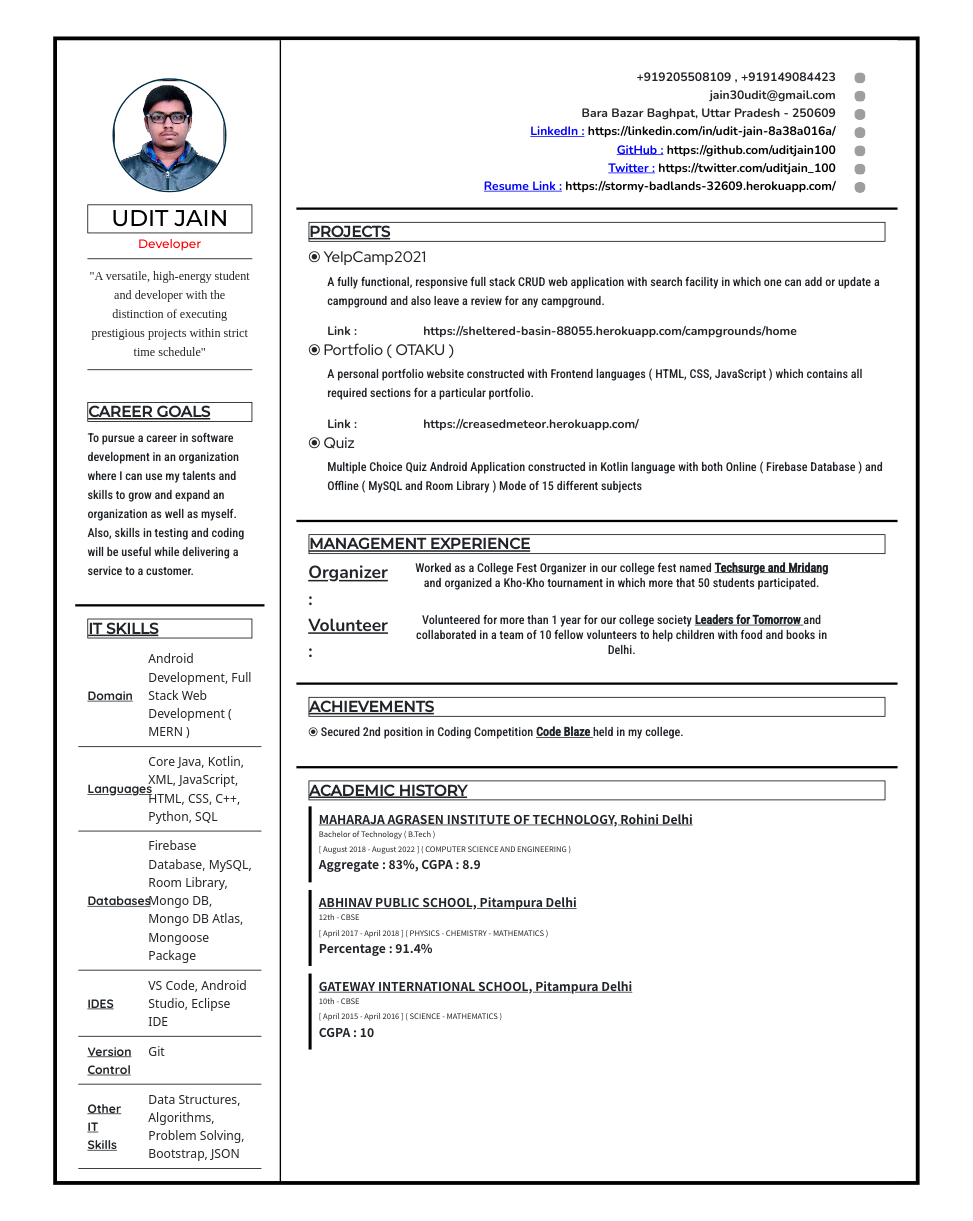
Repository: uditjain100/Resume
Page: app.html
These files come from the project's save history. The page is drawn as it stood at one moment and after the next save; the edit follows.
The browser window is 1280 px wide. The pictures show the whole page, at 76% of full size.
Pictures or frames that could not be fetched are drawn as grey boxes. Some web fonts or font styles are not loaded; a fallback is used.

Above is the page before, as saved 2021-05-27 21:20:21.

After the next save:
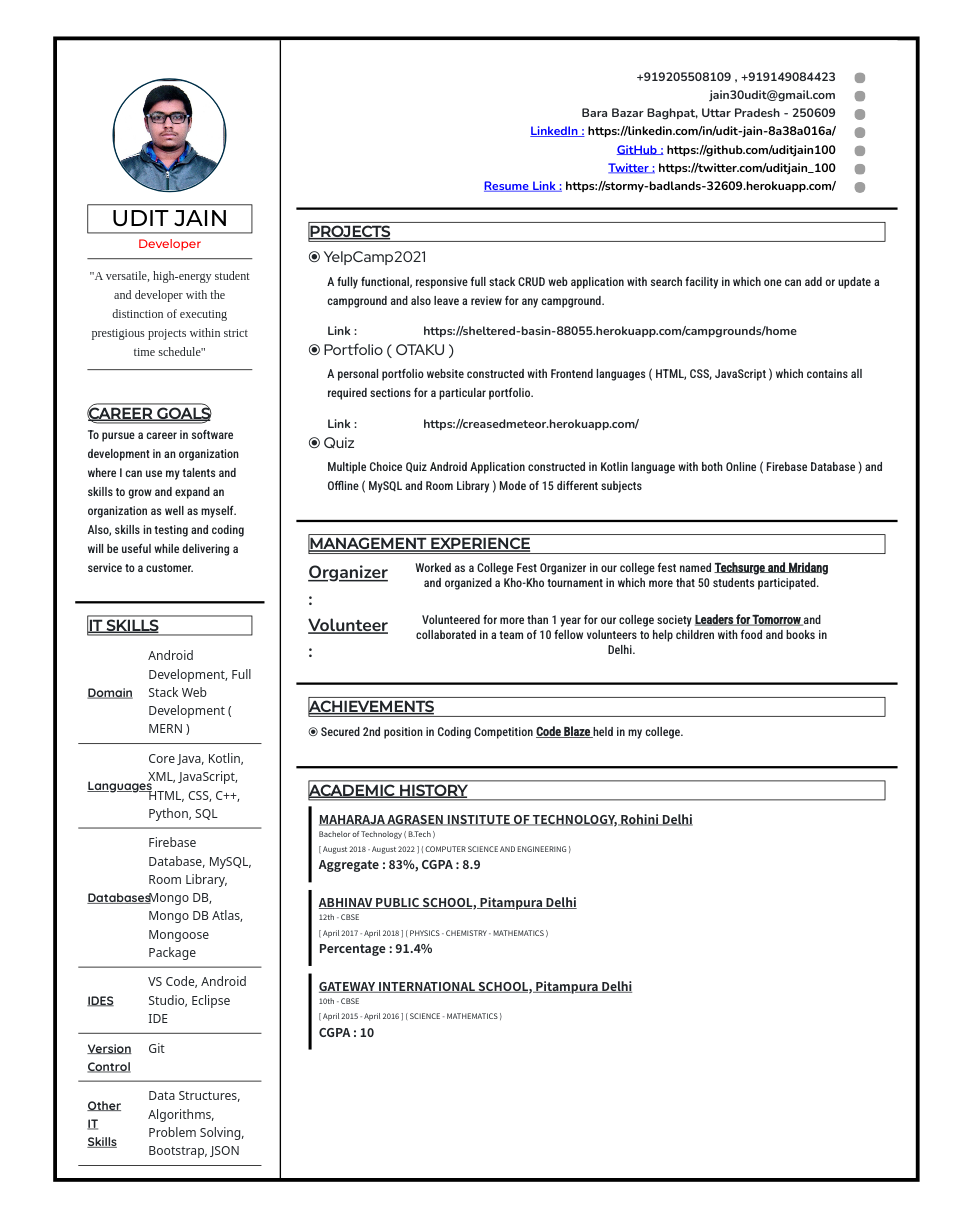
Saved 81 s later.
--- a/app.html
+++ b/app.html
@@ -92,7 +92,7 @@
 				</article>
 
 				<article class="card-body" id="goalbox">
-					<h3 class="card-title">CAREER GOALS</h3>
+					<span class="card-title rounded-pill">CAREER GOALS</span>
 					<p>
 						To pursue a career in software development in an organization where
 						I can use my talents and skills to grow and expand an organization
